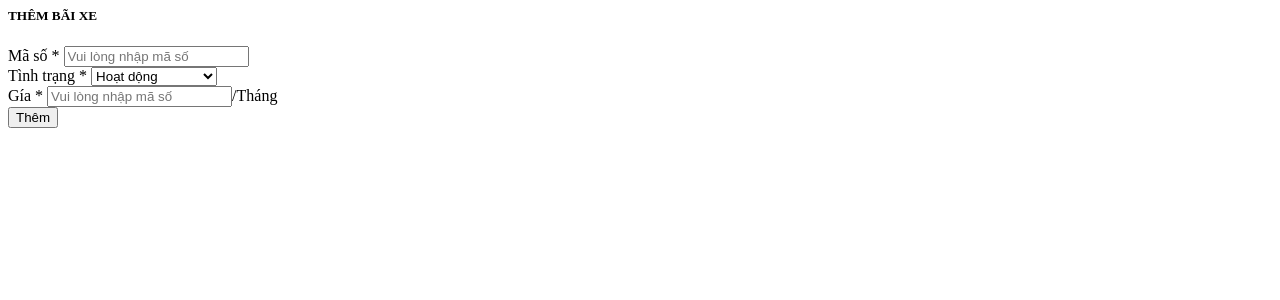
Repository: NguyenChienThangB1910143/QL_ChungCy
Page: http://localhost/baixe/them
An editor plug-in stored every save of this project. The page is shown before and after the next save, followed by the edit.
The browser window is 1280 px wide. The pictures show the whole page.
The page is served by the project's Laravel application, run on PHP 8.4 with Laravel 10. The first stored user is signed in. The database holds what the project's SQL file puts in it.

Above is the page before, as saved 2023-08-22 19:20:33.

After the next save:
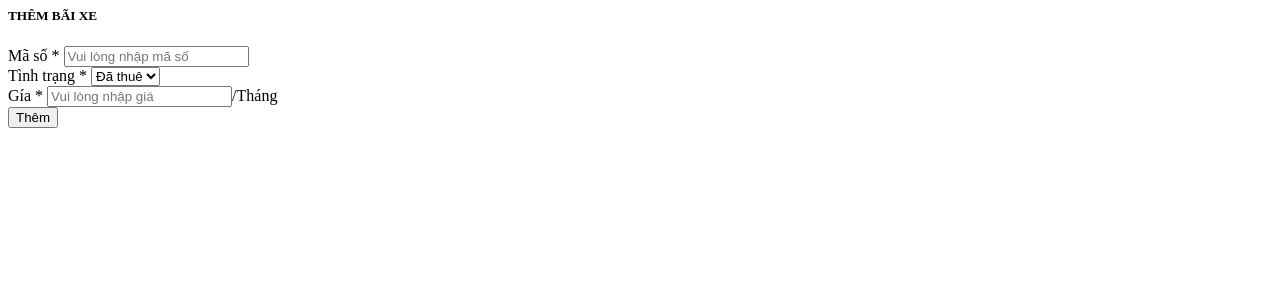
Saved 2 min 2 s later.
--- a/resources/views/baixe/them.blade.php
+++ b/resources/views/baixe/them.blade.php
@@ -9,22 +9,22 @@
             <label class="form-label">Mã số
                 <span id="colorIcon">*</span>
             </label>
-            <input required class="form-control" type="text" name="MS" placeholder="Vui lòng nhập mã số">
+            <input required class="form-control" type="text" name="ms" placeholder="Vui lòng nhập mã số">
         </div>
         <div class="mb-3">
             <label class="form-label">Tình trạng
                 <span id="colorIcon">*</span>
             </label>
-            <select style="cursor: pointer;" class="form-control" aria-label="Default select example" id="tt" name="tt">
-                <option value="1">Hoạt dộng</option>
-                <option value="0">Ngưng hoạt dộng</option>
+            <select style="cursor: pointer;" class="form-control" aria-label="Default select example" id="tt" name="tinhtrang">
+                <option value="1">Đã thuê</option>
+                <option value="0">Trống</option>
             </select>
         </div>
         <div class="mb-3">
             <label class="form-label">Gía
                 <span id="colorIcon">*</span>
             </label>
-            <input required class="form-control" type="text" name="MS" placeholder="Vui lòng nhập mã số">/Tháng
+            <input required class="form-control" type="text" name="gia" placeholder="Vui lòng nhập giá">/Tháng
         </div>
         <div class="row justify-content-center">
             <button type="submit" class="btn btn-success col-md-5" id="side123">Thêm</button>
